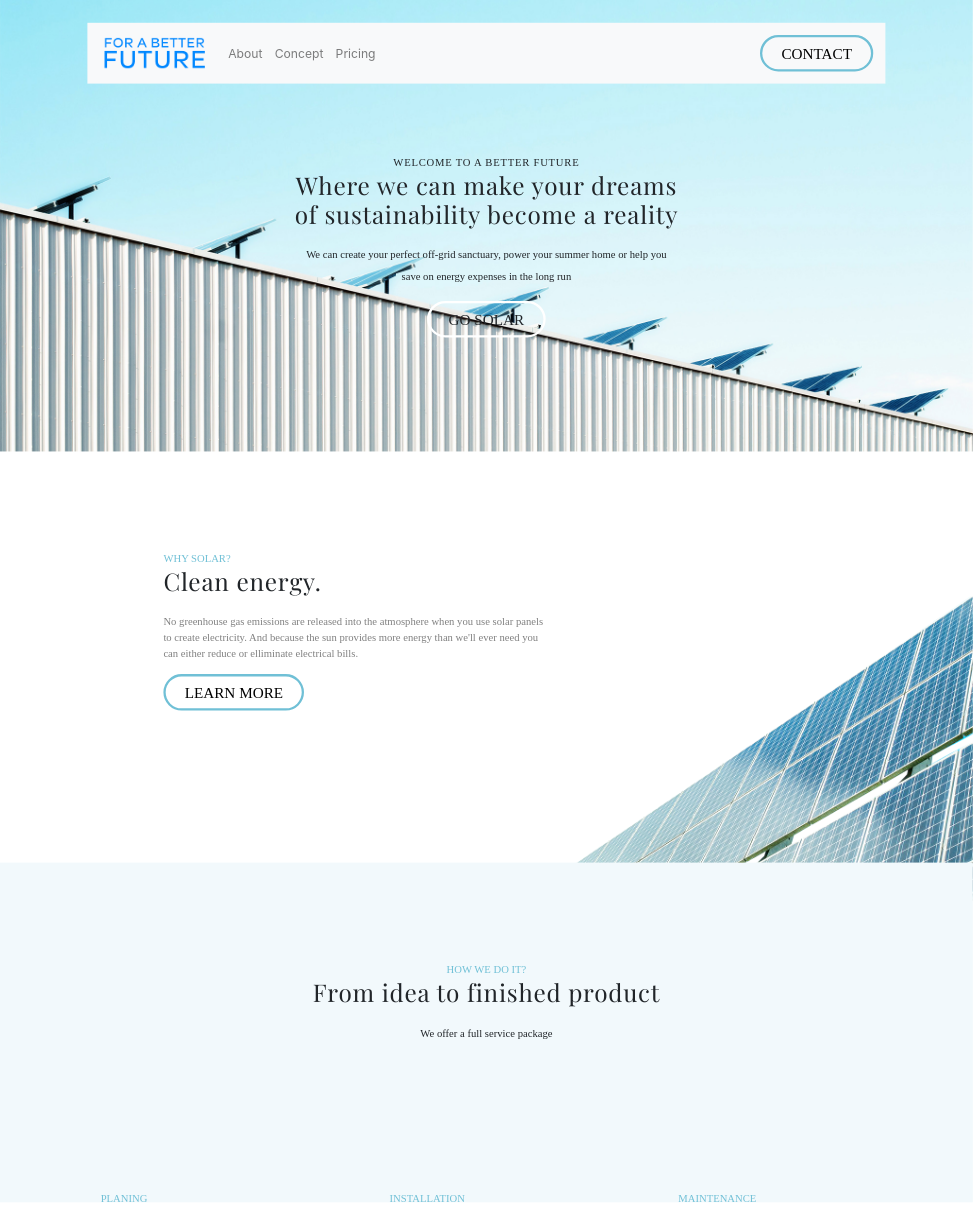
Repository: sabinemm/fabf
Page: index.html
The author's editor kept a record of every edit. The page is drawn from the files as they stood at one moment, then again after the next edit.
The browser window is 1280 px wide. The pictures show the whole page, at 76% of full size.
Backgrounds fixed to the window are drawn as part of the page. Some web fonts or font styles are not loaded; a fallback is used.

Above is the page before.

After the next edit:
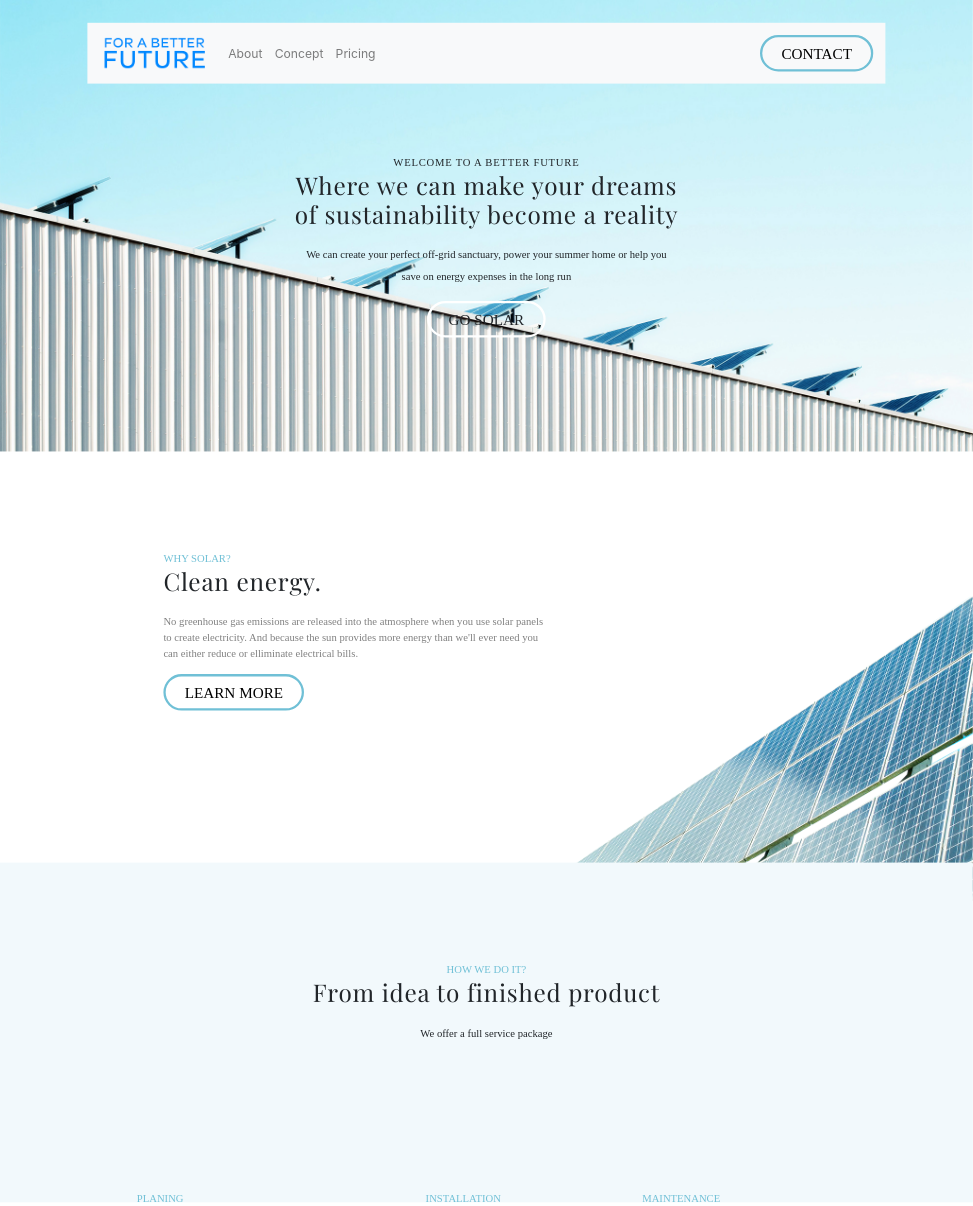
The edit:
--- a/index.html
+++ b/index.html
@@ -94,7 +94,7 @@
                 <div class=" col-sm-3 col-md-4">
                      <p class="uppercase stitle stitle-blue">PLANING</p>
                 </div>
-                <div class="col-sm-3 col-md-4">
+                <div class="col-sm-3 col-md-3">
                      <p class="uppercase stitle stitle-blue">INSTALLATION</p>
                 </div>
                 <div class="col-sm-3 col-md-3">
